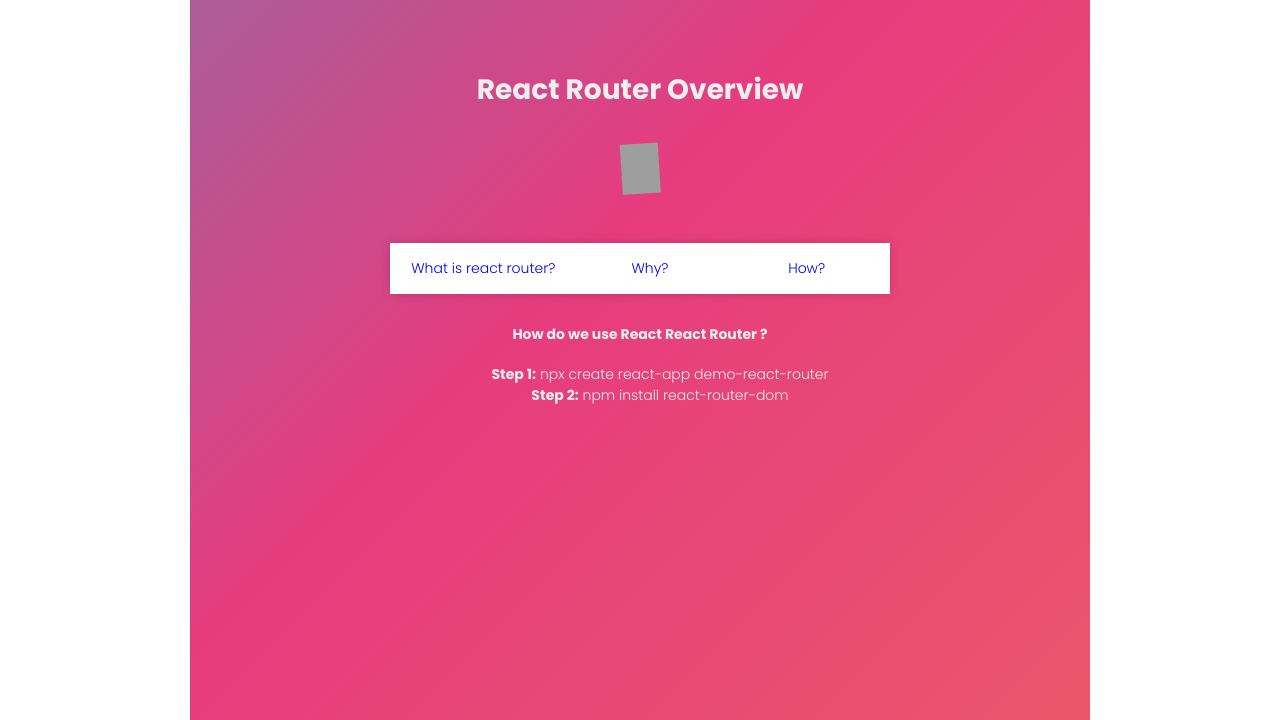
Repository: nguy3nds/2021-18-9-react
Page: /How
An editor plug-in stored every save of this project. The page is shown before and after the next save, followed by the edit.
The browser window is 1280 px wide. The pictures show the whole page.
Pictures or frames that could not be fetched are drawn as grey boxes. The project was rebuilt for these pictures with package versions that can differ from the ones it lists, and the page was loaded fresh each time. Also part of the build but not shown: src/components/What.js, src/components/How.js.

Above is the page before, as saved 2021-09-19 21:09:51.

After the next save:
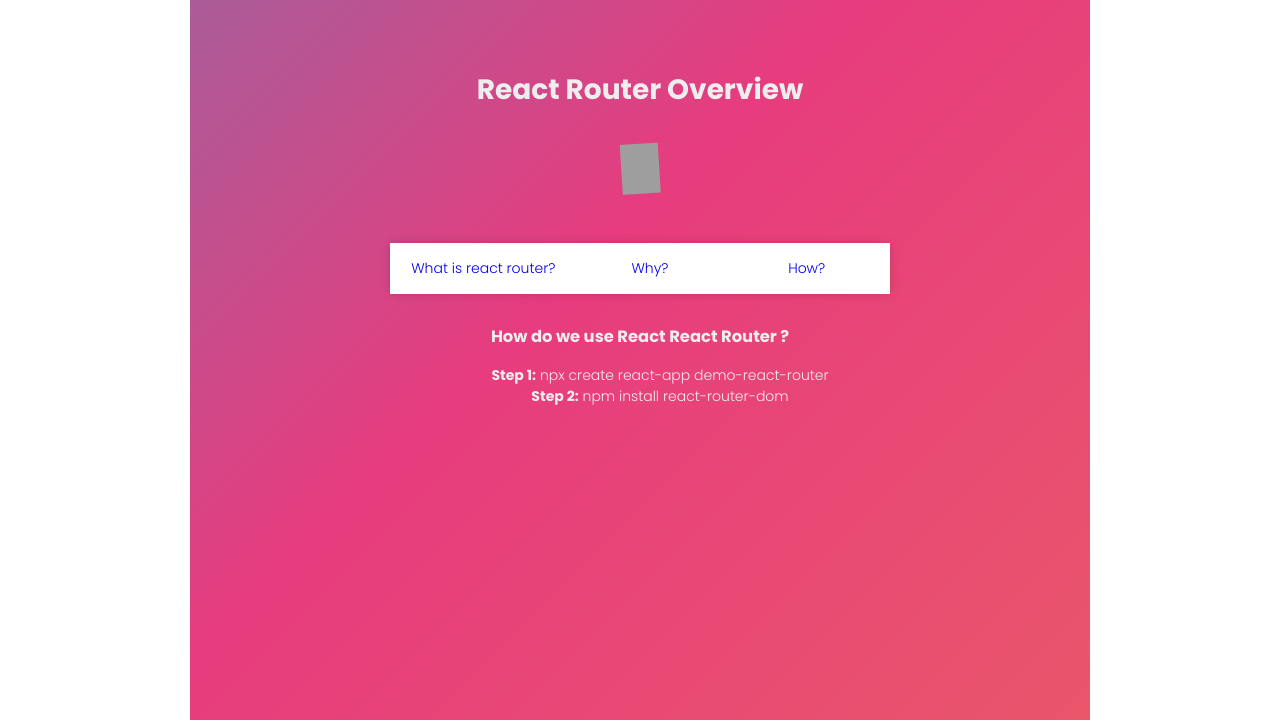
Saved 2 min 39 s later.
--- a/src/components/Why.js
+++ b/src/components/Why.js
@@ -1,7 +1,7 @@
 export default function Why() {
   return (
     <div>
-      <h4>How do we use React React Router ?</h4>
+      <h3>How do we use React React Router ?</h3>
       <ul>
         <li>
           <b>Step 1:</b> npx create react-app demo-react-router
